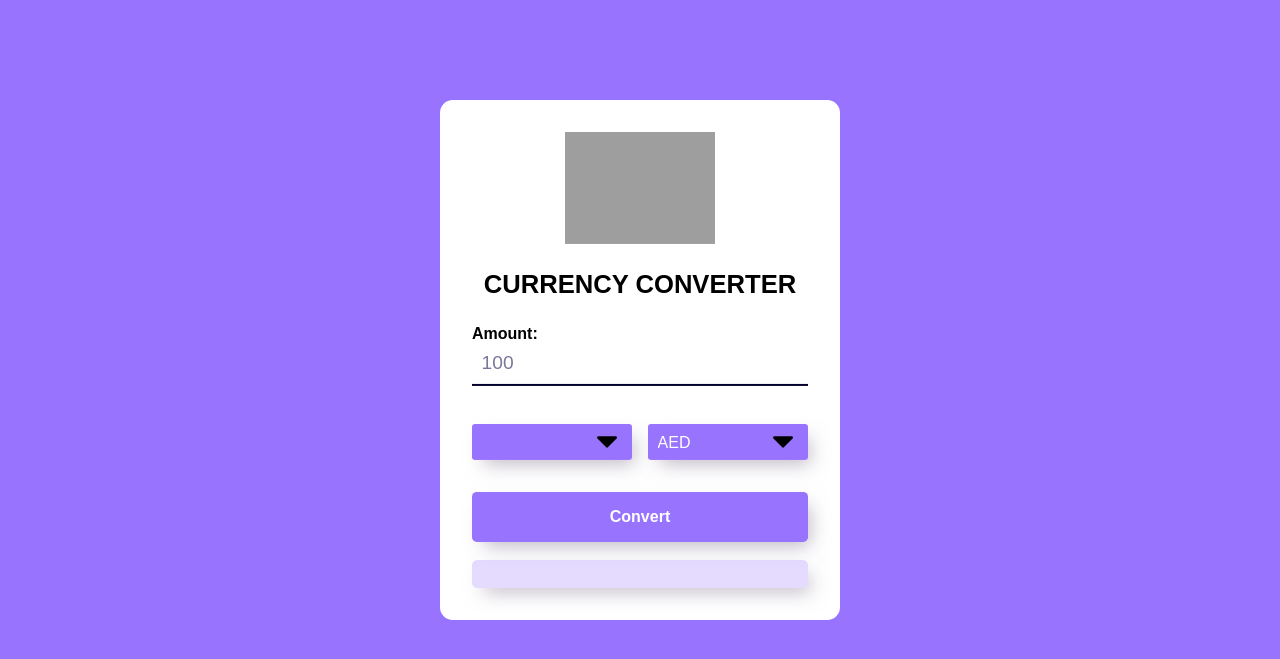
Repository: juansesu3/MoneyExchangeV4
Page: / (app in moneyConvertV4/)
An editor plug-in stored every save of this project. The page is shown before and after a run of saves, followed by the edit.
The browser window is 1280 px wide. The pictures show the whole page.
Pictures or frames that could not be fetched are drawn as grey boxes. The page's requests for data from a server got no answer. The project was rebuilt for these pictures with package versions that can differ from the ones it lists, and the page was loaded fresh each time. No one was signed in, and anything a server would have sent is missing. Also part of the build but not shown: moneyConvertV4/vite.config.js.

Above is the page before, as saved 2023-03-29 11:07:48.

### moneyConvertV4/index.html
<!DOCTYPE html>
<html lang="en">
  <head>
    <meta charset="UTF-8" />
    <link rel="icon" type="image/svg+xml" href="/vite.svg" />
    <meta name="viewport" content="width=device-width, initial-scale=1.0" />
    <title>Money Exchange</title>
  </head>
  <body>
    <div id="root"></div>
    <script type="module" src="/src/main.jsx"></script>
  </body>
</html>

### moneyConvertV4/src/App.jsx
import { useState, useEffect } from 'react'

import viteLogo from '/vite.svg'
import './App.css'

function App() {


  const currencies = [

    "AED",
    "AFN",
    "ALL",
    "AMD",
    "ANG",
    "AOA",
    "ARS",
    "AUD",
    "AWG",
    "AZN",
    "BAM",
    "BBD",
    "BDT",
    "BGN",
    "BHD",
    "BIF",
    "BMD",
    "BND",
    "BOB",
    "BRL",
    "BSD",
    "BTC",
    "BTN",
    "BWP",
    "BYN",
    "BZD",
    "CAD",
    "CDF",
    "CHF",
    "CLF",
    "CLP",
    "CNY",
    "COP",
    "CRC",
    "CUC",
    "CUP",
    "CVE",
    "CZK",
    "DJF",
    "DKK",
    "DOP",
    "DZD",
    "EGP",
    "ERN",
    "ETB",
    "EUR",
    "FJD",
    "FKP",
    "GBP",
    "GEL",
    "GGP",
    "GHS",
    "GIP",
    "GMD",
    "GNF",
    "GTQ",
    "GYD",
    "HKD",
    "HNL",
    "HRK",
    "HTG",
    "HUF",
    "IDR",
    "ILS",
    "IMP",
    "INR",
    "IQD",
    "IRR",
    "ISK",
    "JEP",
    "JMD",
    "JOD",
    "JPY",
    "KES",
    "KGS",
    "KHR",
    "KMF",
    "KPW",
    "KRW",
    "KWD",
    "KYD",
    "KZT",
    "LAK",
    "LBP",
    "LKR",
    "LRD",
    "LSL",
    "LYD",
    "MAD",
    "MDL",
    "MGA",
    "MKD",
    "MMK",
    "MNT",
    "MOP",
    "MRO",
    "MRU",
    "MUR",
    "MVR",
    "MWK",
    "MXN",
    "MYR",
    "MZN",
    "NAD",
    "NGN",
    "NIO",
    "NOK",
    "NPR",
    "NZD",
    "OMR",
    "PAB",
    "PEN",
    "PGK",
    "PHP",
    "PKR",
    "PLN",
    "PYG",
    "QAR",
    "RON",
    "RSD",
    "RUB",
    "RWF",
    "SAR",
    "SBD",
    "SCR",
    "SDG",
    "SEK",
    "SGD",
    "SHP",
    "SLL",
    "SOS",
    "SRD",
    "SSP",
    "STD",
    "STN",
    "SVC",
    "SYP",
    "SZL",
    "THB",
    "TJS",
    "TMT",
    "TND",
    "TOP",
    "TRY",
    "TTD",
    "TWD",
    "TZS",
    "UAH",
    "UGX",
    "USD",
    "UYU",
    "UZS",
    "VEF",
    "VES",
    "VND",
    "VUV",
    "WST",
    "XAF",
    "XAG",
    "XAU",
    "XCD",
    "XDR",
    "XOF",
    "XPD",
    "XPF",
    "XPT",
    "YER",
    "ZAR",
    "ZMW",
    "ZWL",

  ];

  let [data, setData]= useState(null)
  let [entryCurrency, setEntryCurrency]= useState('CHF')
  let [exitCurrency, setExitCurrency]= useState('COP')
  let [intValue, setIntValue] = useState(100)

  let api = `https://v6.exchangerate-api.com/v6/48f9da01adc99f959985ea50/latest/USD`;
  const fromDropDown = document.getElementById('from-currency-select');
  const toDropDown = document.getElementById('to-currency-select');


  useEffect(() => {
    fetch(api).then(resp => resp.json())
      .then((apidata) => setData(apidata));

  }, [])



  let convertCurrency = () => {
    //Create References
    const amount = document.querySelector('#amount').value;
    const fromCurrency = fromDropDown.value;
    const toCurrency = toDropDown.value;
    // If amounth input field is not empty
    if (amount.length != 0) {
      let fromExchangeRate = data.conversion_rates[fromCurrency];
      let toExchangeRate = data.conversion_rates[toCurrency];
      const convertedAmount = (amount / fromExchangeRate) * toExchangeRate;
      result.innerHTML = ` ${amount} ${fromCurrency} = ${convertedAmount.toFixed(2)} ${toCurrency}`;
    } else {
      alert('Please fill in the amounth')
    }
  };

  return (
    <div>
      <div className="wrapper">
        <div className="app-details">
          <img src="https://github.com/MatteoSuarez/money-exchange_v3/blob/main/src/ressources/icon.png?raw=true" className="app-icon" />
          <h1 className="app-title">currency converter</h1>
        </div>
        <label htmlFor="amount">Amount:</label>
        <input type="number" id="amount" value={intValue}  onChange={e => setIntValue(e.target.value )} />

        <div className="dropdowns">
          <select id="from-currency-select" >{currencies.map((currency) => { return (<option >{currency['CHF']}</option>) })}</select>
          <select id="to-currency-select">{currencies.map((currency) => { return (<option>{currency}</option>) })}</select>
        </div>
        <button id="convert-button" onClick={() => { convertCurrency() }}>Convert</button>
        <p id="result"></p>
      </div>

    </div>
  )
}

export default App

//value={entryCurrency} onChange={e => setEntryCurrency({text:e.target.value}) }

### moneyConvertV4/src/App.css
* {
  padding: 0;
  margin: 0;
  box-sizing: border-box;
  font-family:  "Poppins", sans-serif;
  border: none;
  outline: none;
}

body {
  background-color: #9873fe;
}

.wrapper  {
  width: 90%;
  max-width: 25em;
  background-color: #ffff;
  position: absolute;
  transform: translate(-50%, -50%);
  left: 50%;
  top: 50%;
  padding: 2em;
  border-radius: 0.8em;
}

.app-details {
  display: flex;
  align-items: center;
  flex-direction: column;
}

.app-icon {
  width: 9.37em;
}

.app-title {
  font-size: 1.6em;
  text-transform: uppercase;
  margin-bottom: 1em;
  margin-top: 1em;
}

label {
  display: block;
  font-weight: 600;
}

input#amount {
  font-weight: 400;
  font-size: 1.2em;
  display: block;
  width: 100%;
  border-bottom: 2px solid #02002c;
  color: #7a789d;
  margin-bottom: 2em;
  padding: 0.5em;
}

input#amount:focus {
  color: #9873fa;
  border-color: #9873fa;
}

.dropdowns {
  display: flex;
  align-items: center;
  justify-content: space-between;
  gap: 1em;
}

select {
  width: 100%;
  padding: 0.6em;
  font-size: 1em;
  border-radius: 0.2em;
  appearance: none;
  -webkit-appearance: none;
  -moz-appearance: none;
  background-image: url(../src/assets/arrow-down.png);
  background-repeat: no-repeat;
  background-position: right 15px top 50%, center;
  background-size: 20px 20px;
  background-color: #9873fe;
  color: #ffff;
  box-shadow: 7px 9px 19px -5px rgba(170, 160, 179, 0.75);
}

select:hover{
  cursor: pointer;

}

select:active {
  box-shadow: 1 1 1  blue;
  font-size: 1.01em;
}

select option {
  background-color: #ffff;
  color: #02002c;
}

button {
  font-size: 1em;
  width: 100%;
  background-color: #9873fe;
  padding: 1em 0;
  margin-top: 2em;
  border-radius: 0.3em;
  color: #ffff;
  font-weight: 600;
  box-shadow: 7px 9px 19px -5px rgba(170, 160, 179, 0.75);
}

button:hover{
  cursor: pointer;

}

button:active {
  box-shadow: 1 1 1  blue;
  font-size: 1.05em;
}

#result {
  font-size: 1.1em;
  text-align: center;
  margin-top: 1em;
  color: #02002c;
  background-color: #e5dbff;
  padding: 0.8em 0;
  border-radius: 0.3em;
  box-shadow: 7px 9px 19px -5px rgba(170, 160, 179, 0.75);
}

Loaded but not shown: moneyConvertV4/src/main.jsx (common file)

After the next 2 saves:
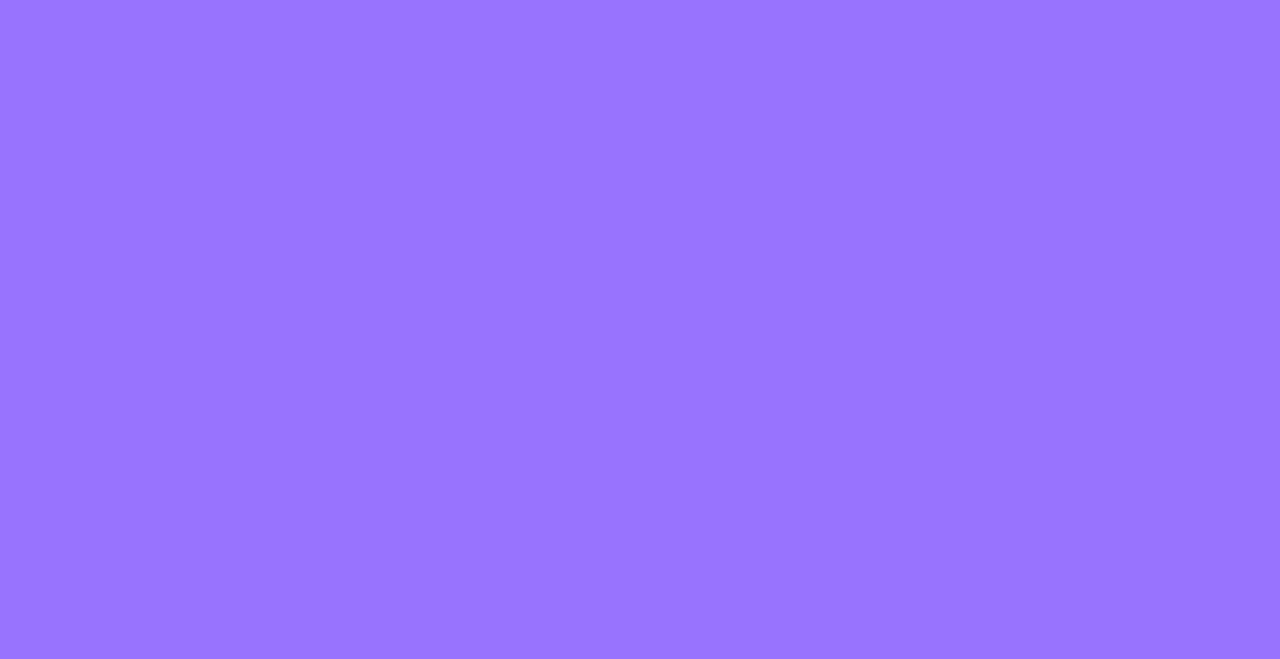
Console error: ReferenceError: CHF is not defined
The 2 saves are shown as one change because they came seconds apart.
The last was saved 6 s later.
--- a/moneyConvertV4/src/App.jsx
+++ b/moneyConvertV4/src/App.jsx
@@ -226,7 +226,7 @@
         <input type="number" id="amount" value={intValue}  onChange={e => setIntValue(e.target.value )} />
 
         <div className="dropdowns">
-          <select id="from-currency-select" >{currencies.map((currency) => { return (<option >{currency['CHF']}</option>) })}</select>
+          <select id="from-currency-select" >{currencies.map((currency) => { return (<option >{currency[CHF]}</option>) })}</select>
           <select id="to-currency-select">{currencies.map((currency) => { return (<option>{currency}</option>) })}</select>
         </div>
         <button id="convert-button" onClick={() => { convertCurrency() }}>Convert</button>

After the 6 saves that followed:
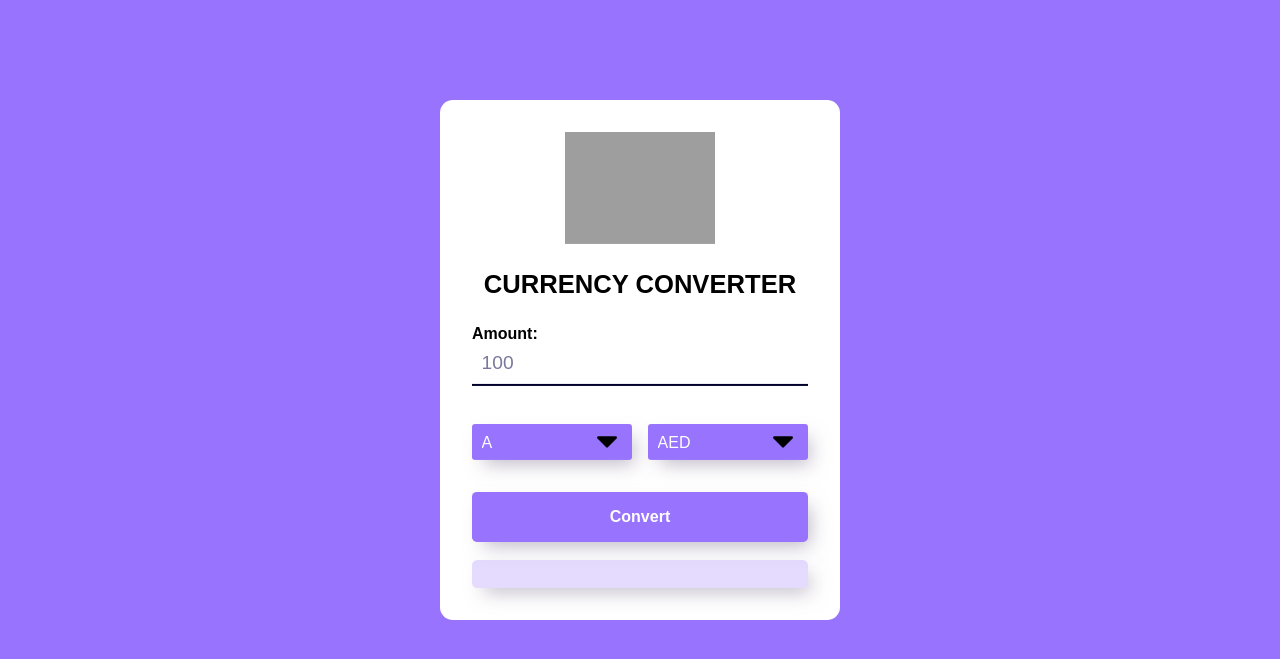
The error is gone.
The 6 saves are shown as one change because 1 did not build or start and some came seconds apart.
The last was saved 16 s later.
--- a/moneyConvertV4/src/App.jsx
+++ b/moneyConvertV4/src/App.jsx
@@ -226,7 +226,7 @@
         <input type="number" id="amount" value={intValue}  onChange={e => setIntValue(e.target.value )} />
 
         <div className="dropdowns">
-          <select id="from-currency-select" >{currencies.map((currency) => { return (<option >{currency[CHF]}</option>) })}</select>
+          <select id="from-currency-select" >{currencies.map((currency) => { return (<option >{currency[0]}</option>) })}</select>
           <select id="to-currency-select">{currencies.map((currency) => { return (<option>{currency}</option>) })}</select>
         </div>
         <button id="convert-button" onClick={() => { convertCurrency() }}>Convert</button>
